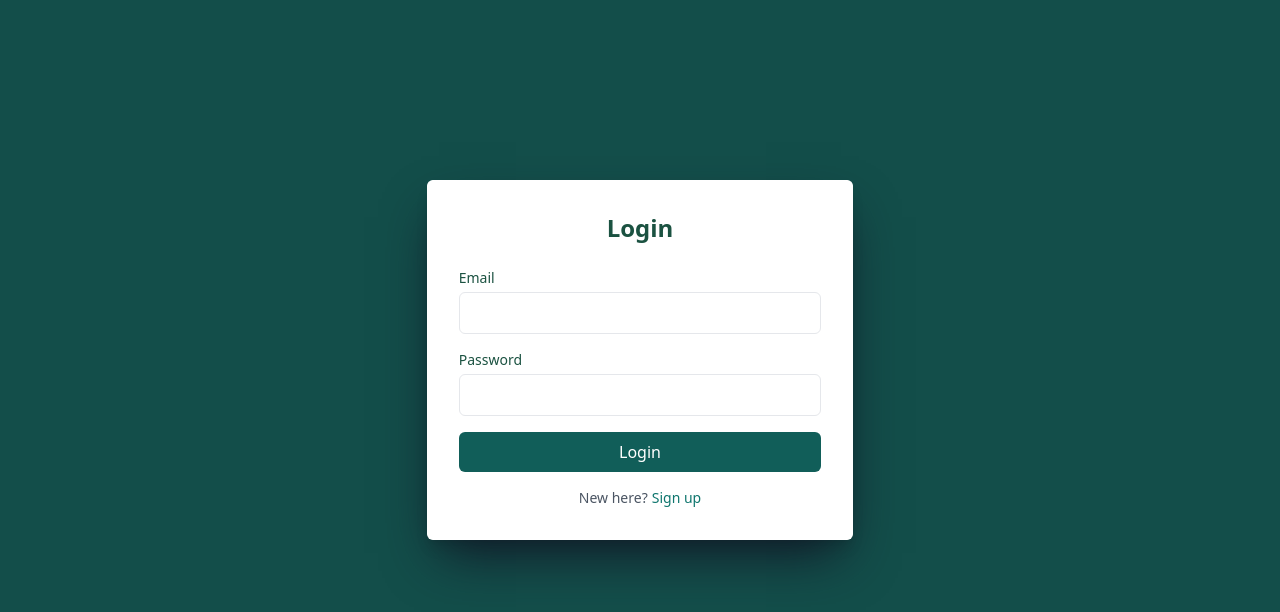
Repository: alizey12/POS-React-website
Page: /
The author's editor kept a copy of each file at every save. The page is drawn from the files as they stood at one save, then again after the next save.
The browser window is 1280 px wide. The pictures show the whole page.
The project was rebuilt for these pictures with package versions that can differ from the ones it lists, and the page was loaded fresh each time. Also part of the build but not shown: vite.config.js, src/navbar.jsx, src/sidebar.jsx, src/Dashboard.jsx.

Above is the page before, as saved 2025-01-12 18:37:54.

After the next save:
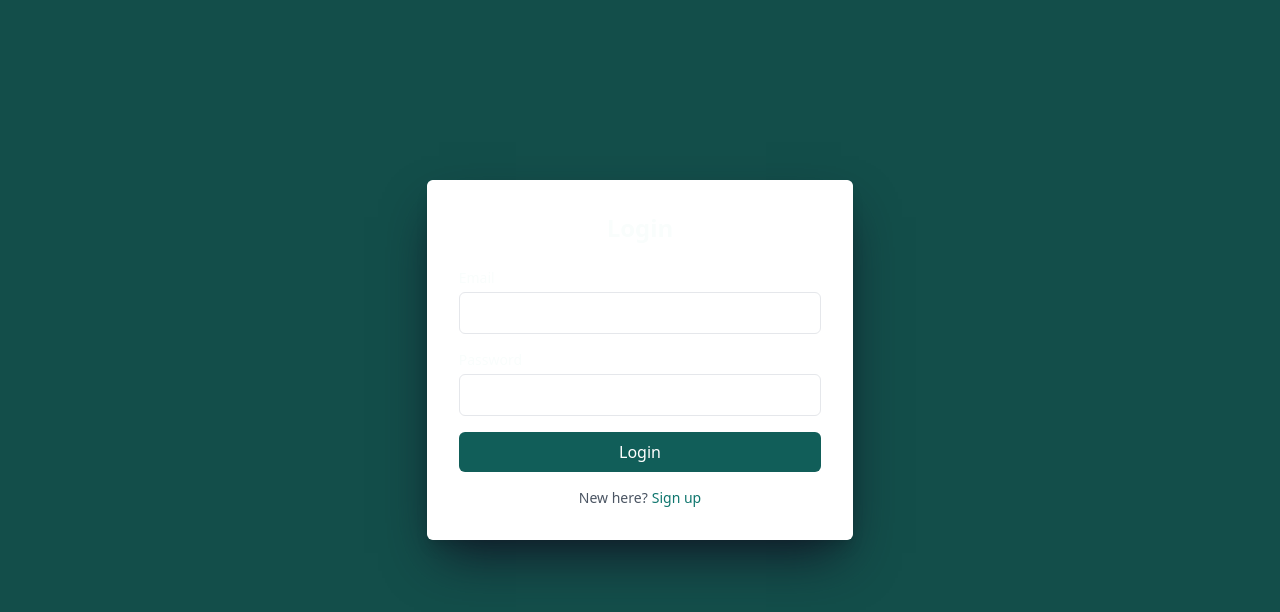
Saved 6 min 21 s later.
--- a/src/App.css
+++ b/src/App.css
@@ -2,7 +2,7 @@
 :root {
   --sidebar-bg: #d3d3d3; /* Light gray for sidebar and navbar */
   --navbar-bg: #d3d3d3; /* Light gray for navbar */
-  --text-color: #1b5241; /* Black text and icons */
+  --text-color: #f9fdfc; /* Black text and icons */
   --main-bg: #ffffff; /* White background for main content */
   --primary-light: #f4f4f4; /* Optional subtle light background */
   --secondary: #555; /* Secondary text color for light mode */
